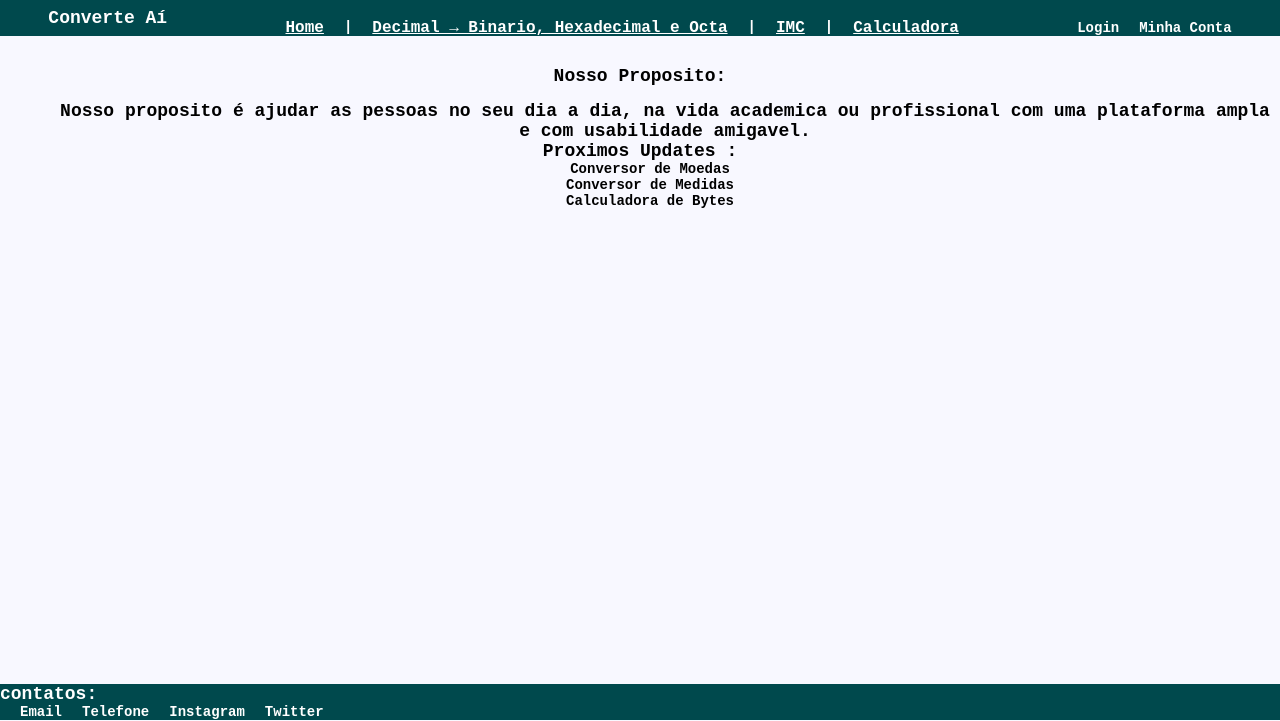
Repository: Frav1u/converteai
Page: ConverteAi/src/main/webapp/home.html
An editor plug-in stored every save of this project. The page is shown before and after the next save, followed by the edit.
The browser window is 1280 px wide. The pictures show the whole page.
Some web fonts or font styles are not loaded; a fallback is used.

Above is the page before, as saved 2023-10-01 00:51:58.

### ConverteAi/src/main/webapp/home.html
<!DOCTYPE html>
<html>
<head>
<meta charset="UTF-8">
<title>Converte aí</title>
<link href="https://fonts.googleapis.com/css2?family=Inter:wght@400;700&family=Space+Mono:wght@400;700&display=swap"
        rel="stylesheet">
    <link rel="stylesheet" href="stylehome.css">
</head>
<body>
	<header>
	<a class="logo">Converte Aí</a>

		<nav>
			<ul class="menu">
				<li><a href="home.html">Home</a></li>
				<li>  |  </li>
				<li><a href="decimalParaBinario.html">Decimal → Binario, Hexadecimal e Octa</a></li>
				<li>  |  </li>
				<li><a href="imc.html">IMC</a></li>
				<li>  |  </li>
				<li><a href="calculadora.html">Calculadora</a></li>
			</ul>
		</nav>
		<ul class="conta">
			<li>Login</li>
			<li>Minha Conta</li>
		</ul>
	</header>
	<main>
		<h1 class="tituloProposito">Nosso Proposito: </h1>
		<p class="proposito">Nosso proposito é ajudar as pessoas no seu dia a dia, na vida academica ou profissional com uma plataforma ampla e com usabilidade amigavel.</p>
		<h2> Proximos Updates :</h2>
		<ul>
			<li>Conversor de Moedas</li>
			<li>Conversor de Medidas</li>
			<li>Calculadora de Bytes</li>
		</ul>
	</main>


	<footer>
		<a>contatos: </a>
		<ul class="contatos">
			<li>Email</li>
			<li>Telefone</li>
			<li>Instagram</li>
			<li>Twitter</li>
		</ul>

	</footer>
</body>

</html>

### ConverteAi/src/main/webapp/stylehome.css

* {
    margin: 0;
    padding: 0;
    box-sizing: border-box;
    list-style: none;
    font-family: 'Apotek Bold', monospace;
    font-weight: 600;
    font-size: 18px;
    outline: none;
}

body{
	background-color:  ghostwhite
}

li{
	font-size: 14px;
	margin-left: 20px;

}

header{
	background-color: hsl(183, 100%, 15%);
	color: white;
	height: 5vh;
	list-style: none;
    color: inherit;
    display: flex;
    display: flex;
    justify-content: center;
    align-items: center;
    justify-content: space-evenly;
}

.contatos{
	display: flex;
}

footer{
	background-color: hsl(183, 100%, 15%);
	color: white;
	height: 5vh;

}
.proposito{
	margin-top: 15px;
	margin-left: 50px;

}


.logo{
	color: white;
}
.menu{
	color: white;
	display: flex;
	margin-top: 20px;
	margin-left: 50px;

}

.conta{
	color: white;
	display: flex;
	margin-top: 20px;
	margin-left: 50px;
}

.menu a {
	color: white;
	font-size: 16px;
	list-style: none;
}

.tituloProposito{

}


nav{
	display: flex;
	justify-content: center;
	align-items: center;
}


main{
	height: 90vh;
	text-align: center;
	padding-top: 30px;
}

After the next save:
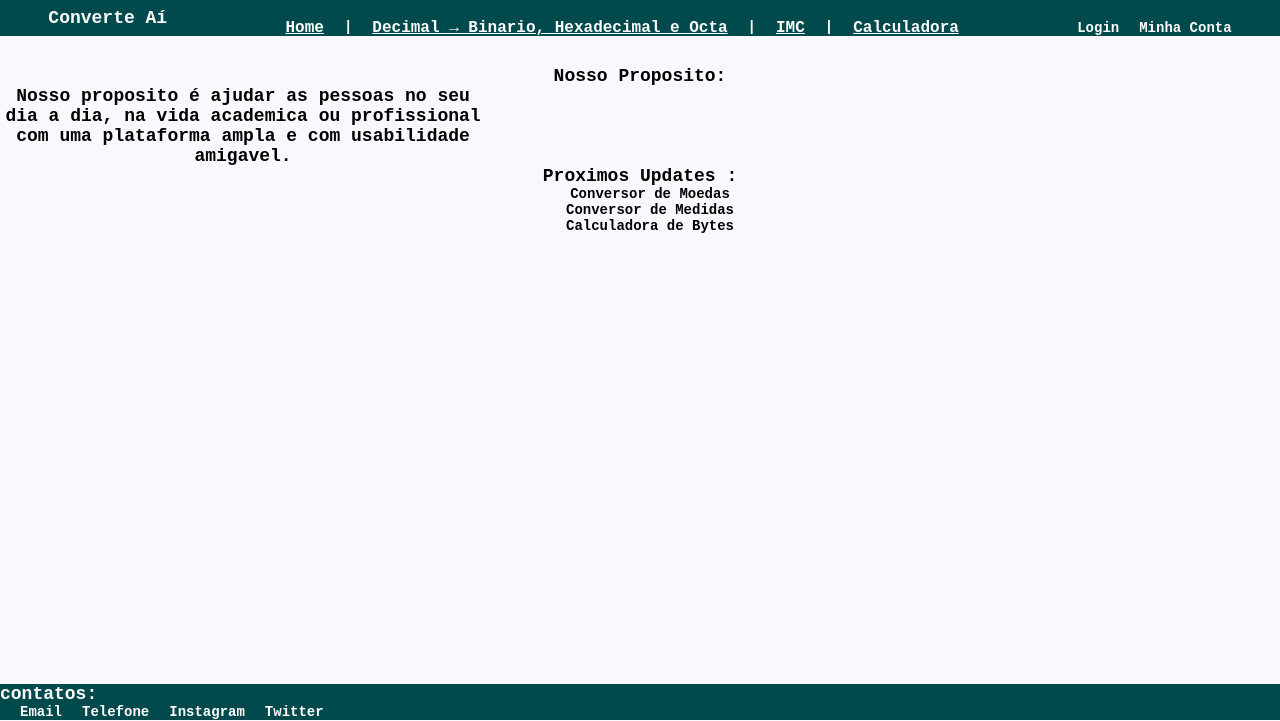
Saved 66 s later.
--- a/ConverteAi/src/main/webapp/stylehome.css
+++ b/ConverteAi/src/main/webapp/stylehome.css
@@ -44,8 +44,7 @@ footer{
 
 }
 .proposito{
-	margin-top: 15px;
-	margin-left: 50px;
+	width: 45ch;
 
 }
 
